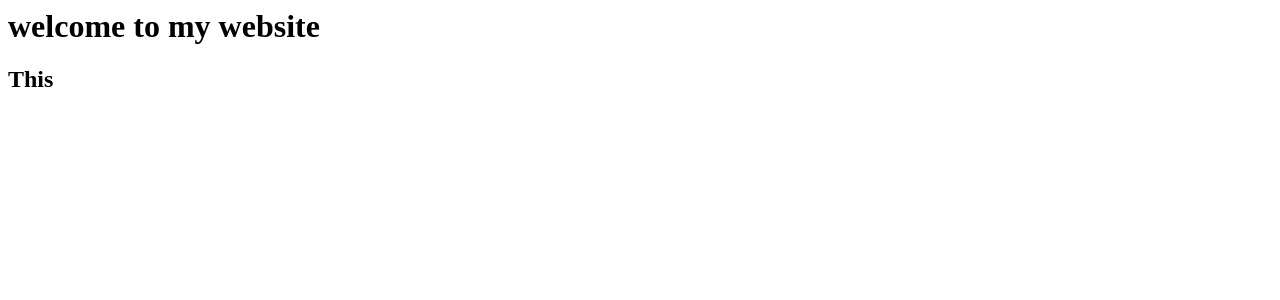
Repository: SontyanaNandini/Aws-Python-nandini
Page: template/index.html
These files come from the project's save history. The page is drawn as it stood at one moment and after the next save; the edit follows.
The browser window is 1280 px wide. The pictures show the whole page.

Above is the page before, as saved 2024-11-28 15:47:27.

### template/index.html
<html lang="en">
<head>
    <meta charset="UTF-8">
    <meta name="viewport" content="width=device-width, initial-scale=1.0">
    <title>Document</title>
</head>
<body>
    <h1>welcome to my website</h1>
    <h2>This</h2>
 </body>
</html>

After the next save:
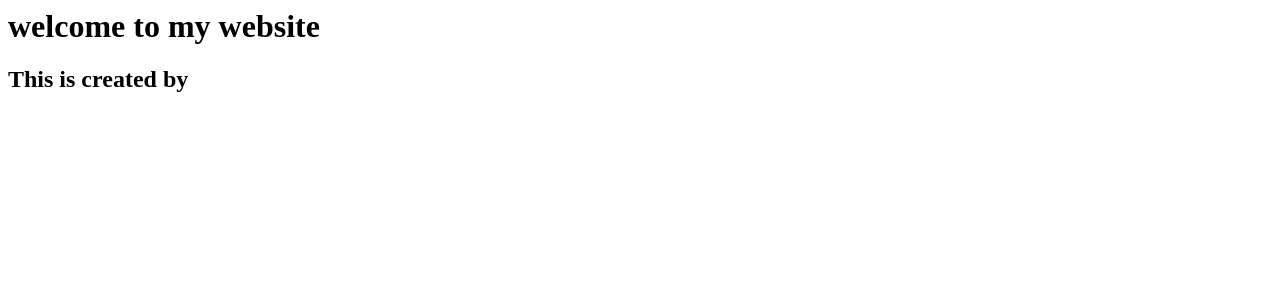
Saved 7 s later.
--- a/template/index.html
+++ b/template/index.html
@@ -6,6 +6,6 @@
 </head>
 <body>
     <h1>welcome to my website</h1>
-    <h2>This</h2>
+    <h2>This is created by </h2>
  </body>
 </html>
